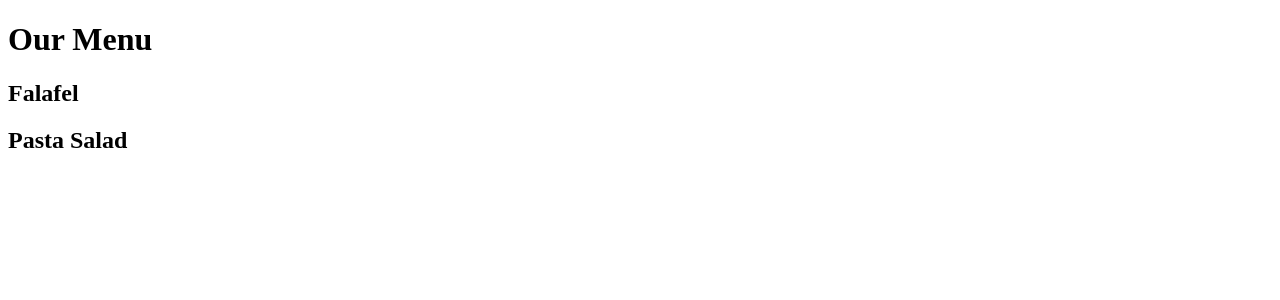
Repository: rajregmi98/metaintroductiontobackend
Page: index.html
These files come from the project's save history. The page is drawn as it stood at one moment and after the next save; the edit follows.
The browser window is 1280 px wide. The pictures show the whole page.

Above is the page before, as saved 2022-09-19 09:56:21.

### index.html
<!DOCTYPE html>
<!DOCTYPE html>
<html lang="en">
<head>
    <meta charset="UTF-8">
    <meta http-equiv="X-UA-Compatible" content="IE=edge">
    <meta name="viewport" content="width=device-width, initial-scale=1.0">
    <title>Little Lemon</title>
</head>
<body>
    <h1>Our Menu</h1>
    <h2>Falafel</h2>
    <h2>Pasta Salad</h2>
</body>
</html>

After the next save:
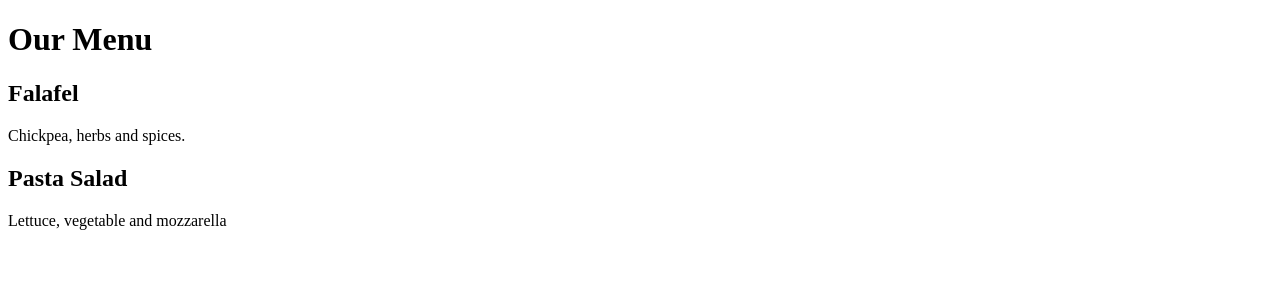
Saved 103 s later.
--- a/index.html
+++ b/index.html
@@ -10,6 +10,8 @@
 <body>
     <h1>Our Menu</h1>
     <h2>Falafel</h2>
+    <p>Chickpea, herbs and spices.</p>
     <h2>Pasta Salad</h2>
+    <p> Lettuce, vegetable and mozzarella</p>
 </body>
 </html>
